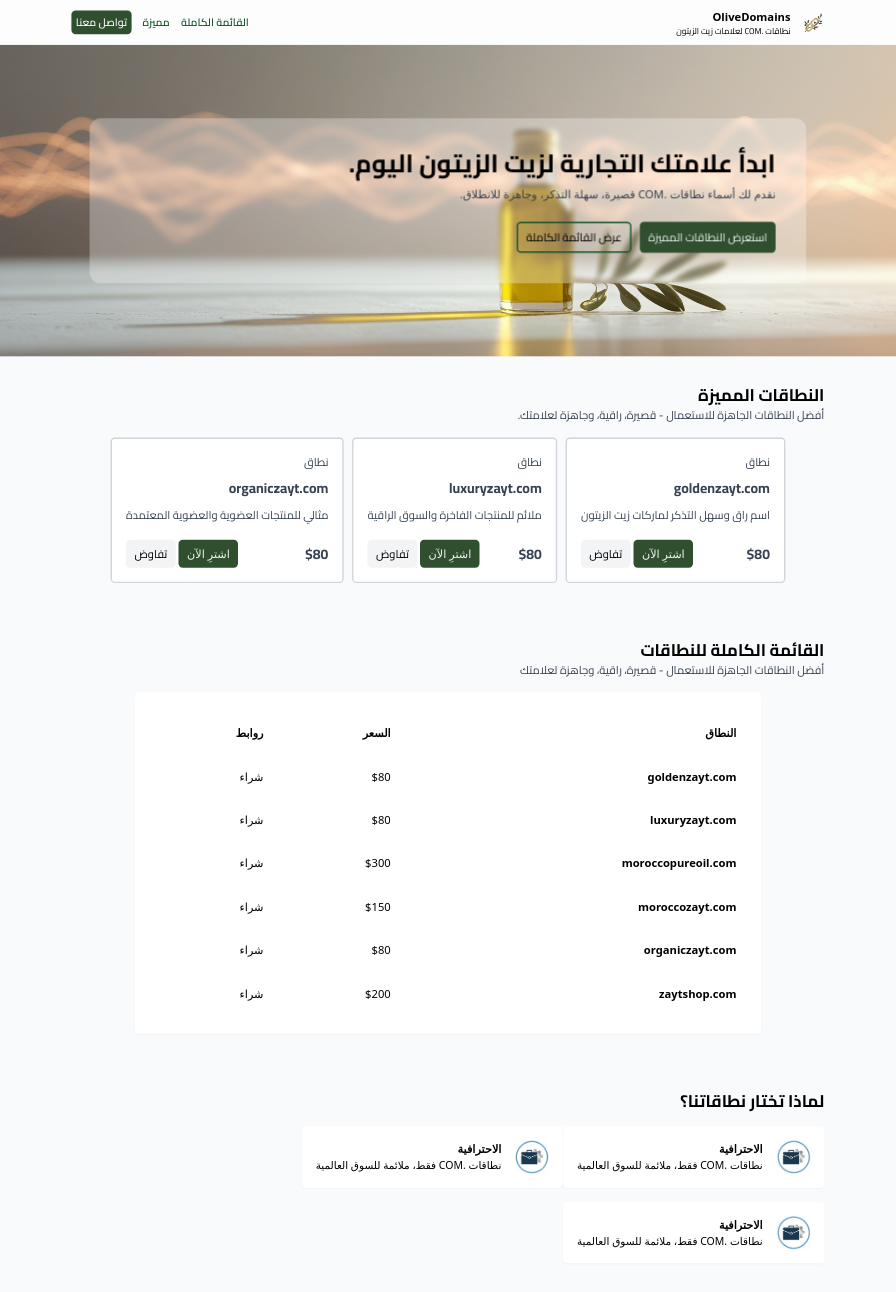
Repository: zakaria-bn05/Olive-oil-domaine-names-english-version
Page: index.html
The author's editor kept a copy of each file at every save. The page is drawn from the files as they stood at one save, then again after the next save.
The browser window is 1280 px wide. The pictures show the whole page, at 70% of full size.
Some web libraries are served in a nearby version.

Above is the page before, as saved 2025-11-17 12:08:57.

After the next save:
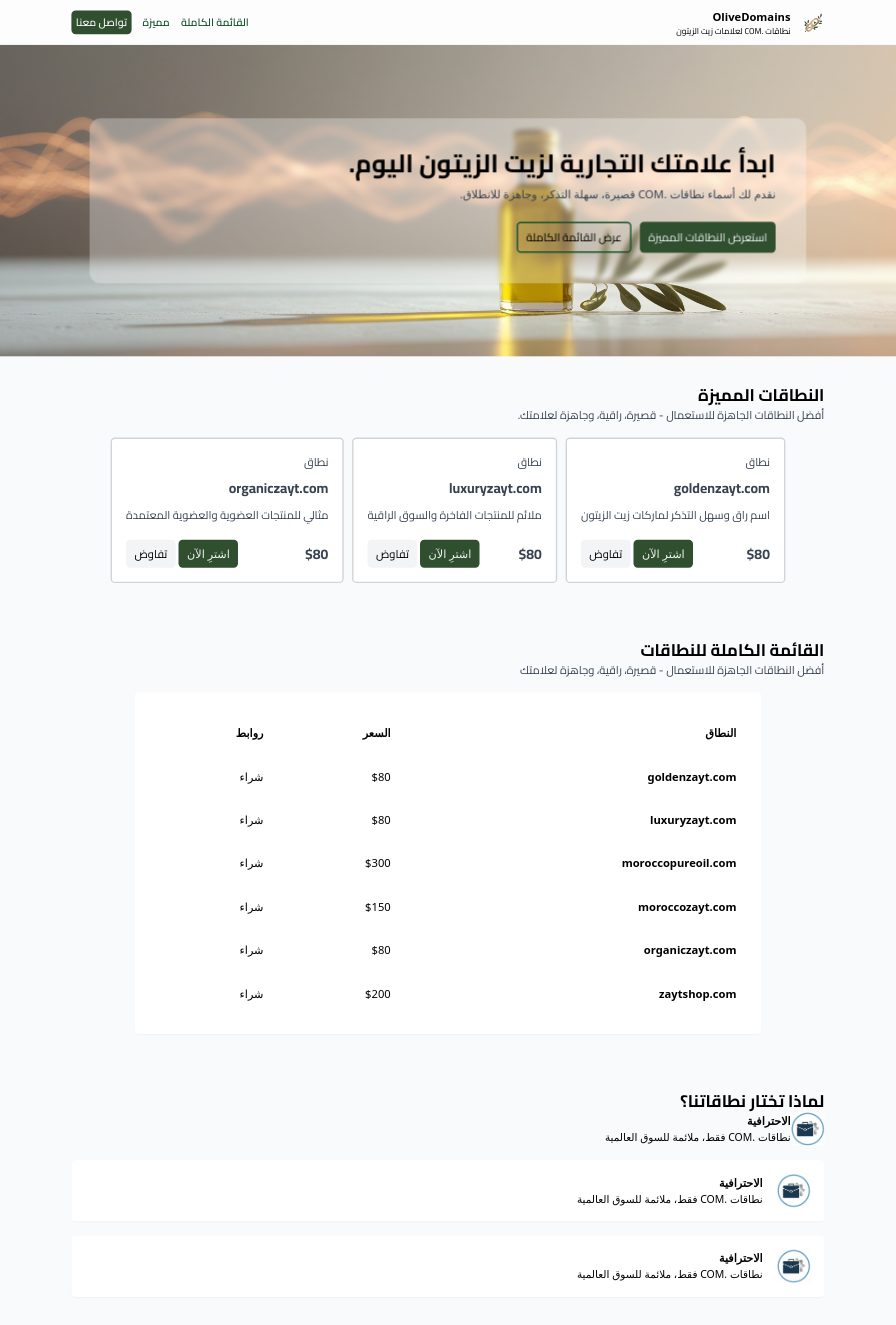
Saved 25 s later.
--- a/index.html
+++ b/index.html
@@ -200,28 +200,28 @@
         </article>
         <article class="px-[8%] py-10 margin-10">
             <h1 class="font-cairo text-2xl font-bold"> لماذا تختار نطاقاتنا؟ </h1>
-            <div class="flex flex-wrap">
-                <div class="flex gap-5 mt-5 bg-white p-5 rounded-md shadow-sm ">
-                    <img src="assets/pro-logo.png" class="w-12 h-12" alt="">
-                    <div>
-                        <p class="font-bold">الاحترافية</p>
-                        <p class="text-[15px]">نطاقات .COM فقط، ملائمة للسوق العالمية</p>
-                    </div>
-                </div>
-                <div class="flex gap-5 mt-5 bg-white p-5 rounded-md shadow-sm ">
-                    <img src="assets/pro-logo.png" class="w-12 h-12" alt="">
-                    <div>
-                        <p class="font-bold">الاحترافية</p>
-                        <p class="text-[15px]">نطاقات .COM فقط، ملائمة للسوق العالمية</p>
-                    </div>
-                </div>
-                <div class="flex gap-5 mt-5 bg-white p-5 rounded-md shadow-sm ">
-                    <img src="assets/pro-logo.png" class="w-12 h-12" alt="">
-                    <div>
-                        <p class="font-bold">الاحترافية</p>
-                        <p class="text-[15px]">نطاقات .COM فقط، ملائمة للسوق العالمية</p>
-                    </div>
-                </div>
+            <div class="flex flex-wrap gap-4>
+                <div class=" flex gap-5 mt-5 bg-white p-5 rounded-md shadow-sm ">
+                    <img src=" assets/pro-logo.png" class="w-12 h-12" alt="">
+                <div>
+                    <p class="font-bold">الاحترافية</p>
+                    <p class="text-[15px]">نطاقات .COM فقط، ملائمة للسوق العالمية</p>
+                </div>
+            </div>
+            <div class="flex gap-5 mt-5 bg-white p-5 rounded-md shadow-sm ">
+                <img src="assets/pro-logo.png" class="w-12 h-12" alt="">
+                <div>
+                    <p class="font-bold">الاحترافية</p>
+                    <p class="text-[15px]">نطاقات .COM فقط، ملائمة للسوق العالمية</p>
+                </div>
+            </div>
+            <div class="flex gap-5 mt-5 bg-white p-5 rounded-md shadow-sm ">
+                <img src="assets/pro-logo.png" class="w-12 h-12" alt="">
+                <div>
+                    <p class="font-bold">الاحترافية</p>
+                    <p class="text-[15px]">نطاقات .COM فقط، ملائمة للسوق العالمية</p>
+                </div>
+            </div>
             </div>
 
         </article>
